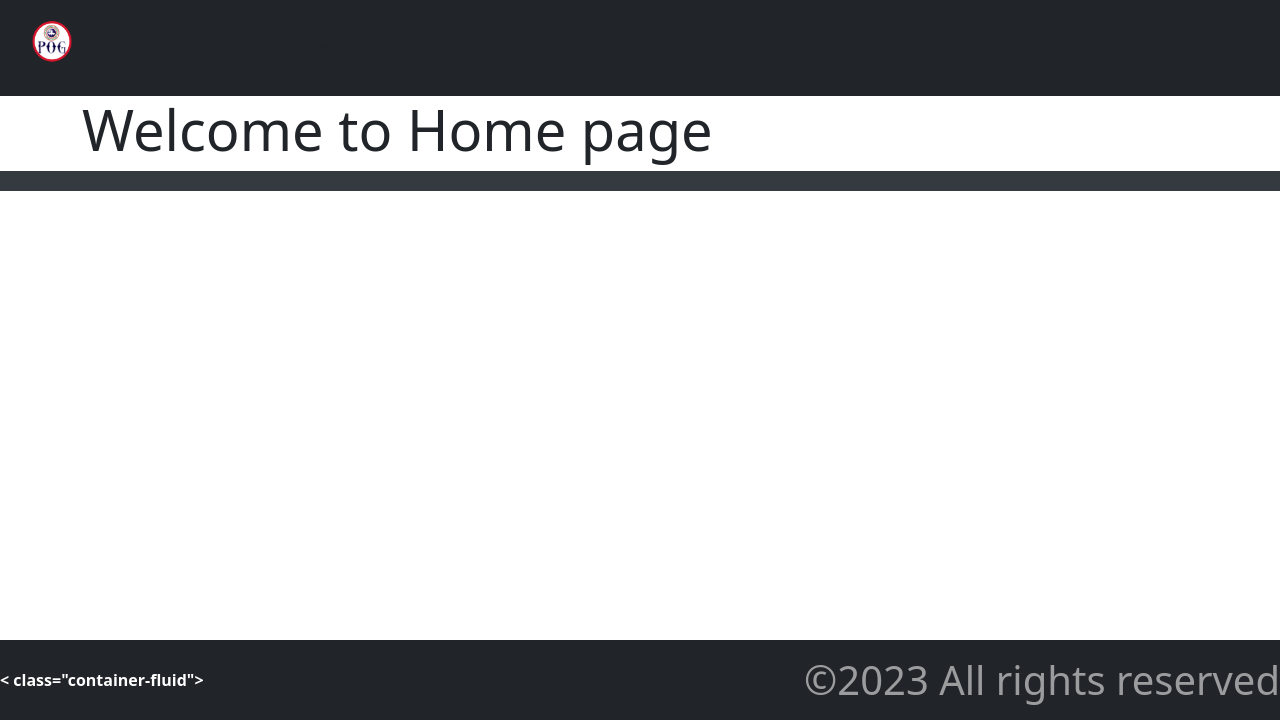
Repository: VuNhatDinhLe/test
Page: http://localhost/
An editor plug-in stored every save of this project. The page is shown before and after the next save, followed by the edit.
The browser window is 1280 px wide. The pictures show the whole page.
Some icons come from a web library that is not loaded, so they are not drawn. The page is served by the project's Node server (server.js). Other server files are loaded and not shown.

Above is the page before, as saved 2023-05-24 22:40:04.

### WEEK3DEMO/app/views/index.ejs
<!DOCTYPE html>
<html lang="en">
<head>
    <meta charset="UTF-8">
    <meta http-equiv="X-UA-Compatible" content="IE=edge">
    <meta name="viewport" content="width=device-width, initial-scale=1.0">
    <title><%= title %></title>
    <link rel="stylesheet" href="style.css"/>
    <link rel="stylesheet" href="/bootstrap/dist/css/bootstrap.min.css"/>
    <link rel="stylesheet" href="/@fortawesome/fontawesome-free/css/all.min.css"/>

        <style>
        ul.navbar-max {
            list-style: none; /* Remove the bullet */
            display: inline; /* Display the list items inline */
            float:right;
            font-size:17px

        }

        ul.navbar-max li {
            display: inline-block; /* Make the list items display inline */
        }
        a:link {
    text-decoration: none;
}


a:visited {
    text-decoration: none;
}


a:hover {
    text-decoration: none;
}


a:active {
    text-decoration: none;
}
html,
body {
  height: 100%;
  margin: 0;
}

body {
  display: flex;
  flex-direction: column;
}

main {
  flex: 1;
}



 footer {
            background-color: #343a40;
            color: #ffffff;
            padding: 10px;
        }

        footer .navbar-text {
            margin-bottom: 0;
        }


    </style>
</head>
<body>
   <!--Main Navigation-->
    <nav class="navbar navbar-expand-lg navbar-dark bg-dark">
  <div class="container-fluid">


    <!--<a class="navbar-brand" href="#">COMP229</a>-->
    <!--<button class="navbar-toggler" type="button" data-toggle="collapse" data-target="#navbarSupportedContent" aria-controls="navbarSupportedContent" aria-expanded="false" aria-label="Toggle navigation">
      <span class="navbar-toggler-icon"></span>
    </button>-->
    <img src="/img/logo.png" alt="logo" style: width="80px"; height="80px">
    <div class="collapse navbar-collapse" id="navbarSupportedContent">

      <b>
        <ul class="navbar-max mr-auto mb-2 mb-lg-0" >
          <% if (title=="Home"){%>
        <li class="nav-item active">
          <%}else{%>
            <li class="nav-item">
              <%}%>
          <a class="nav-link"  href="/"><i class="fas fa-lg fa-laptop-house"></i>Home</a>
        </li>
         <% if (title=="About"){%>
        <li class="nav-item active">
          <%}else{%>
            <li class="nav-item">
              <%}%>
          <a class="nav-link"  href="/about"><i class="fa-solid fa-address-card"></i>About</a>
        </li>
        <% if (title=="Contact"){%>
          <li class="nav-item active">
          <%}else{%>
        <li class="nav-item">
          <%}%>
          <a class="nav-link"  href="/contact"><i class="fa-solid fa-address-book"></i>Contact</a>
        </li>
         <% if (title=="Product"){%>
          <li class="nav-item active">
          <%}else{%>
        <li class="nav-item">
          <%}%>
          <a class="nav-link"  href="/products"><i class="fa-brands fa-product-hunt"></i>Product</a>
        </li>
         <% if (title=="Services"){%>
          <li class="nav-item active">
          <%}else{%>
        <li class="nav-item">
          <%}%>
          <a class="nav-link"  href="/services"><i class="fa-brands fa-servicestack"></i>Services</a>
        </li>
        </ul>
    </div>
  </div>
</nav>

<main class="container">
  <div class="jumbotron">
    <h1 class="display-4">Welcome to <%= title %> page</h1>
    </div>
    </main>
    <!--bottom nav-->

    <footer>
      <nav class="navbar fixed-bottom navbar-dark bg-dark">
   < class="container-fluid">
    <h6 class="display-6 navbar-text">&copy;2023 All rights reserved</h6>
    </>
    </nav>
  </div>
</nav>
      </footer>
      <!--script section-->
    <script src="/jquery/dist/jquery.min.js"></script>
    <script src="/bootstrap/dist/js/bootstrap.min.js"></script>
</body>

</html>

### WEEK3DEMO/server.js
process.env.NODE_ENV = process.env.NODE_ENV || 'development';
var express = require('./config/express');
var app = express();
app.listen(5000);
module.exports = app;

console.log('Server running at http://localhost:5000/');

### WEEK3DEMO/app/routes/index.server.routes.js
var express = require('express');
var router = express.Router();

/* GET home page. */
router.get('/', function(req, res, next) {
  res.render('index', { title: 'Home' });
});

router.get('/about', function(req, res, next) {
  res.render('index', { title: 'About' });
});
router.get('/products', function(req, res, next) {
  res.render('index', { title: 'Products' });
});
router.get('/contact', function(req, res, next) {
  res.render('index', { title: 'Contact' });
});
router.get('/services', function(req, res, next) {
  res.render('index', { title: 'Services' });
});

module.exports = router;

### WEEK3DEMO/public/Content/Style.css
a:link {
    text-decoration: none;
}


a:visited {
    text-decoration: none;
}


a:hover {
    text-decoration: none;
}


a:active {
    text-decoration: none;
}

ul {
    list-style-type: none;
}

After the next save:
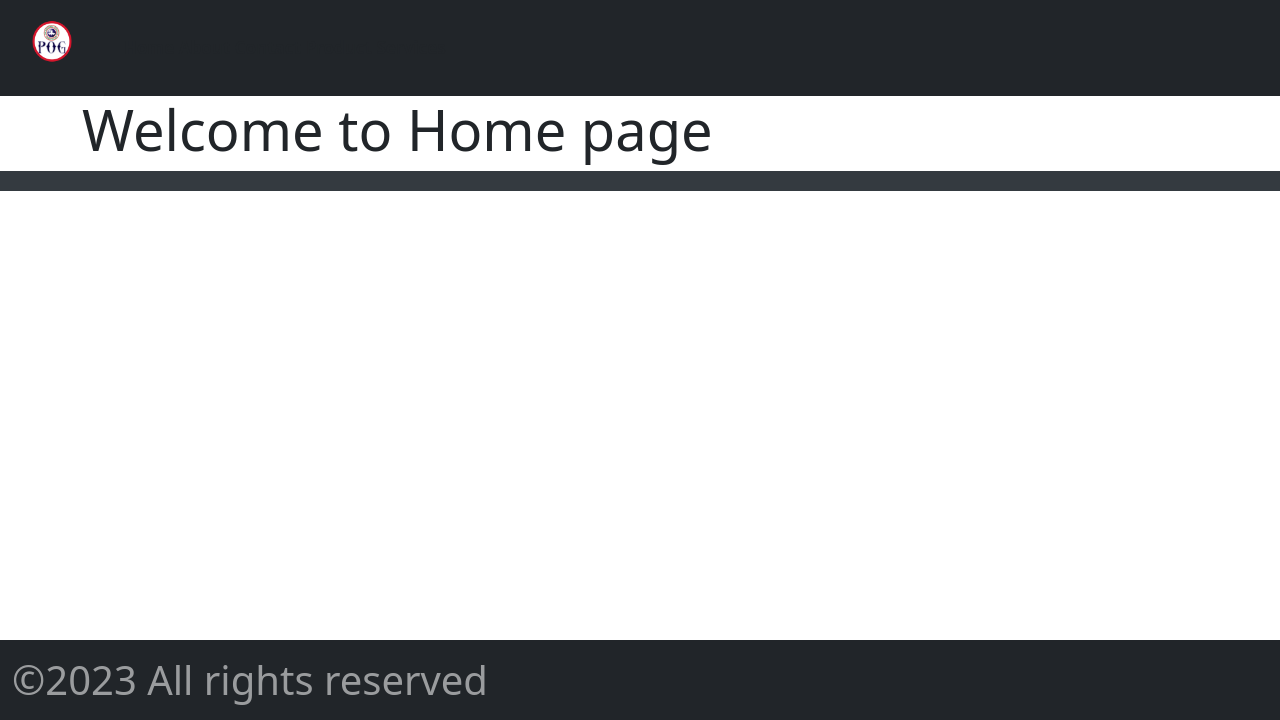
Saved 4 s later.
--- a/WEEK3DEMO/app/views/index.ejs
+++ b/WEEK3DEMO/app/views/index.ejs
@@ -133,9 +133,9 @@ main {
 
     <footer>
       <nav class="navbar fixed-bottom navbar-dark bg-dark">
-   < class="container-fluid">
+   <div class="container-fluid">
     <h6 class="display-6 navbar-text">&copy;2023 All rights reserved</h6>
-    </>
+    </div>
     </nav>
   </div>
 </nav>
